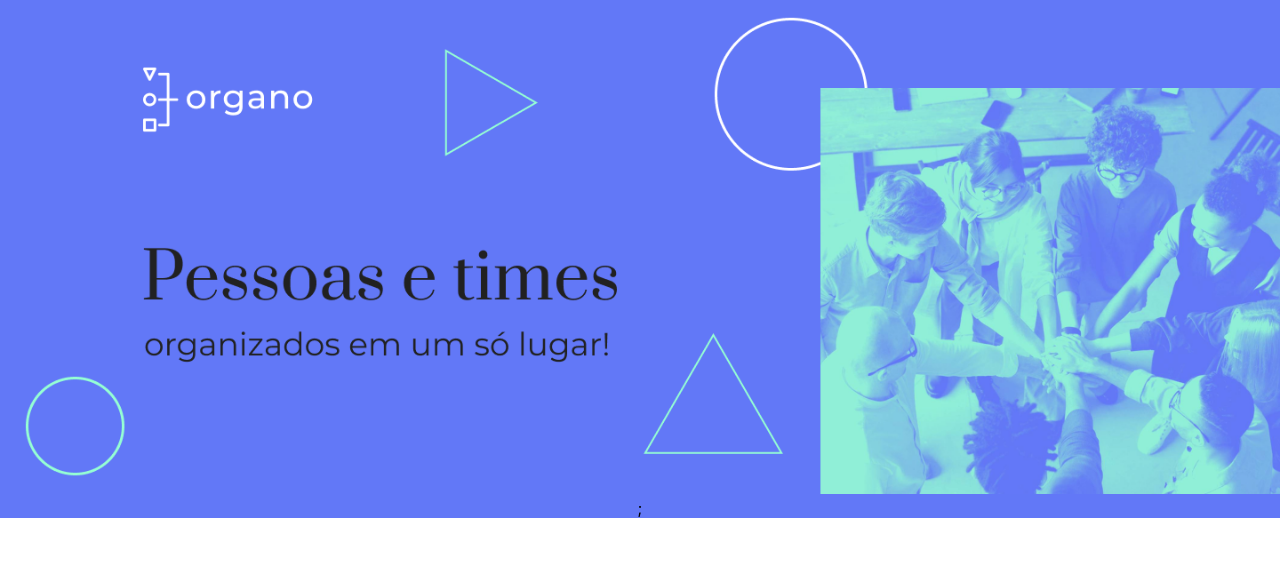
Repository: guilhermecardoso93/organo
Page: /
An editor plug-in stored every save of this project. The page is shown before and after the next save, followed by the edit.
The browser window is 1280 px wide. The pictures show the whole page.
The project was rebuilt for these pictures with package versions that can differ from the ones it lists, and the page was loaded fresh each time.

Above is the page before, as saved 2024-05-24 10:01:23.

After the next save:
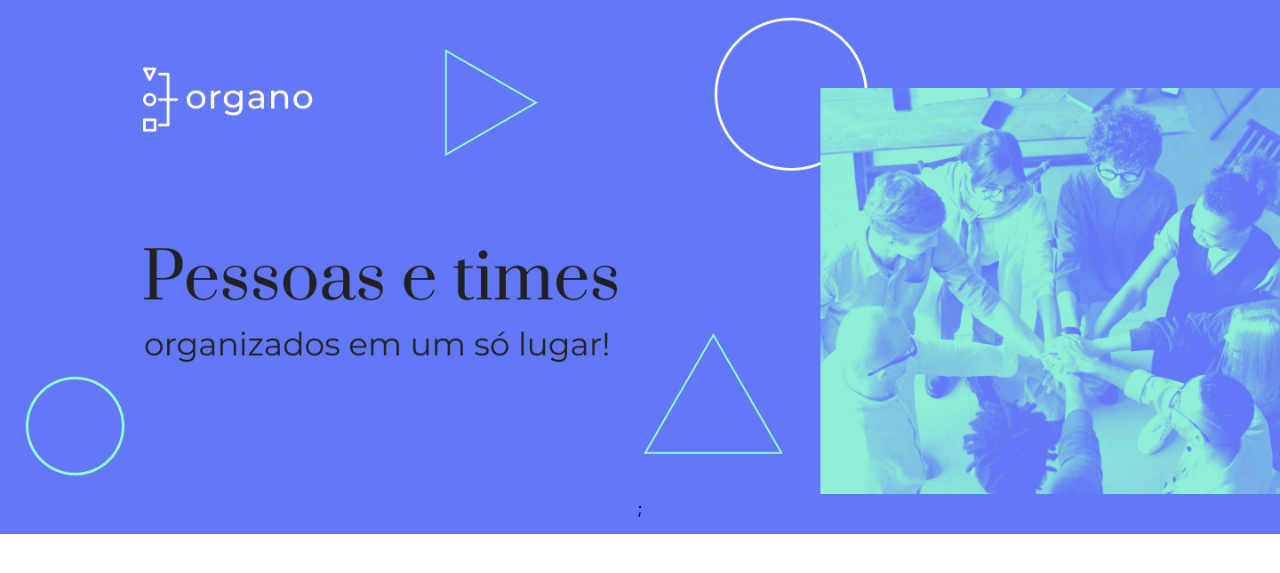
Saved 52 s later.
--- a/src/components/Banner/styles.css
+++ b/src/components/Banner/styles.css
@@ -1,6 +1,7 @@
 .background-banner {
   background-color: #6278f7;
   text-align: center;
+  padding-bottom: 1rem;
 }
 
 .background-banner img {
